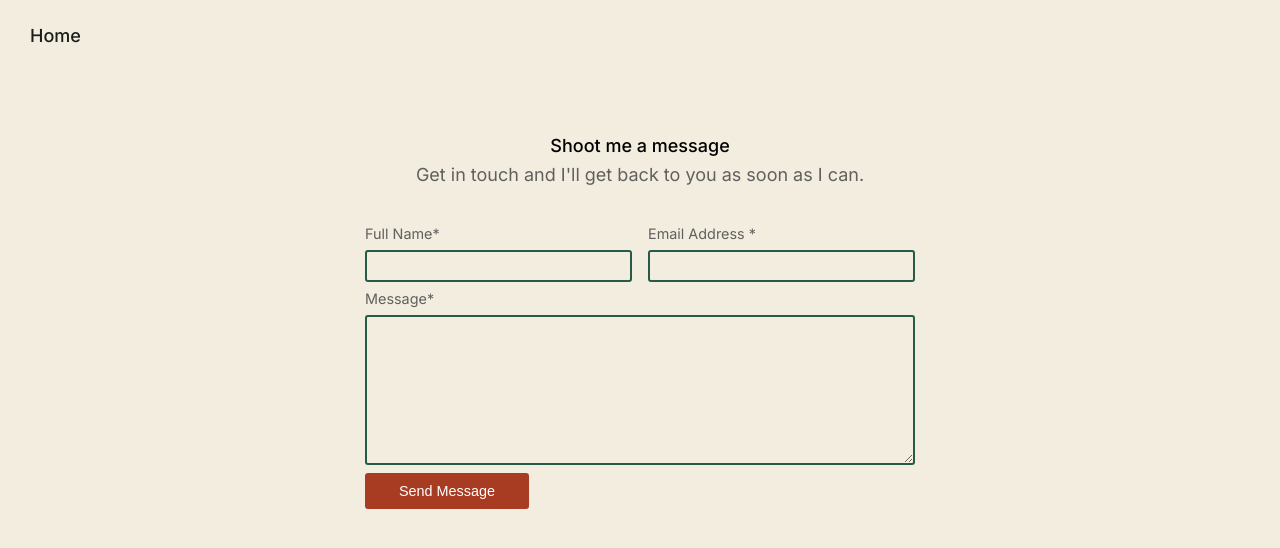
Repository: David-Waite/David-Waite-Portfolio
Page: /contact
The author's editor kept a copy of each file at every save. The page is drawn from the files as they stood at one save, then again after the next save.
The browser window is 1280 px wide. The pictures show the whole page.
The project was rebuilt for these pictures with package versions that can differ from the ones it lists, and the page was loaded fresh each time. The framework's server and built-in components were replaced by stand-ins that run in the browser. Also part of the build but not shown: next.config.js, app/components/Nav/NavButton/navButton.module.css, app/components/Nav/NavButton/NavButton.tsx.

Above is the page before, as saved 2023-07-26 20:20:00.

After the next save:
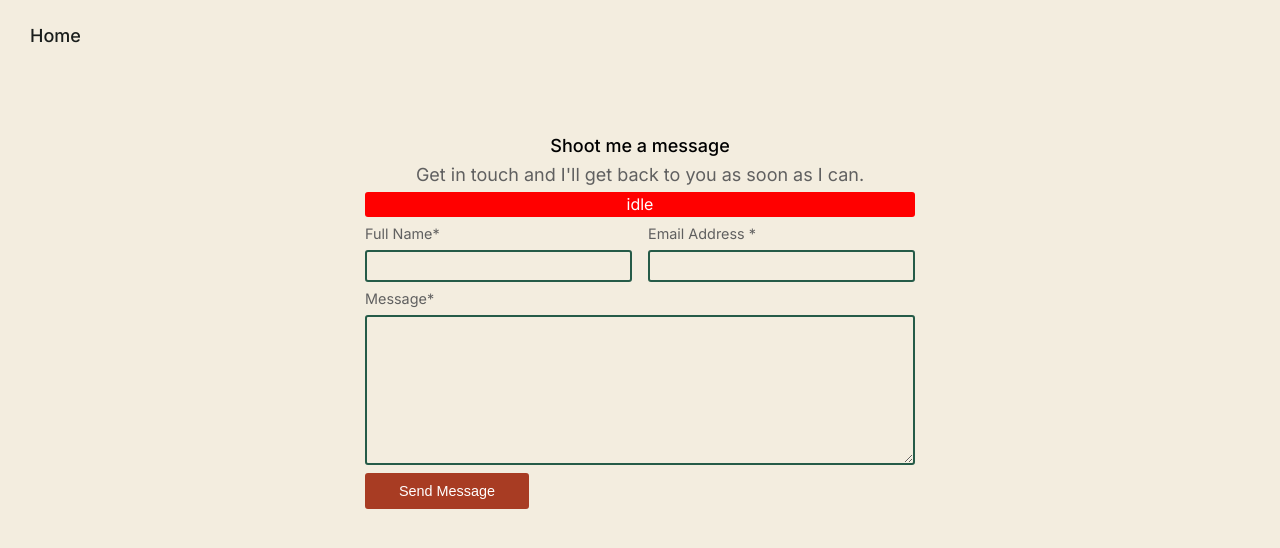
Saved 21 s later.
--- a/app/components/Contact/contact.tsx
+++ b/app/components/Contact/contact.tsx
@@ -4,7 +4,7 @@
 import styles from "./contact.module.css";
 import { useSearchParams } from "next/navigation";
 export const Contact = () => {
-  const [message, setMessage] = useState<string>("");
+  const [message, setMessage] = useState<string>("idle");
   const [status, setStatus] = useState<string>("");
   const [disabled, setDisabled] = useState<boolean>(false);
   const searchParams = useSearchParams();

After the save that followed:
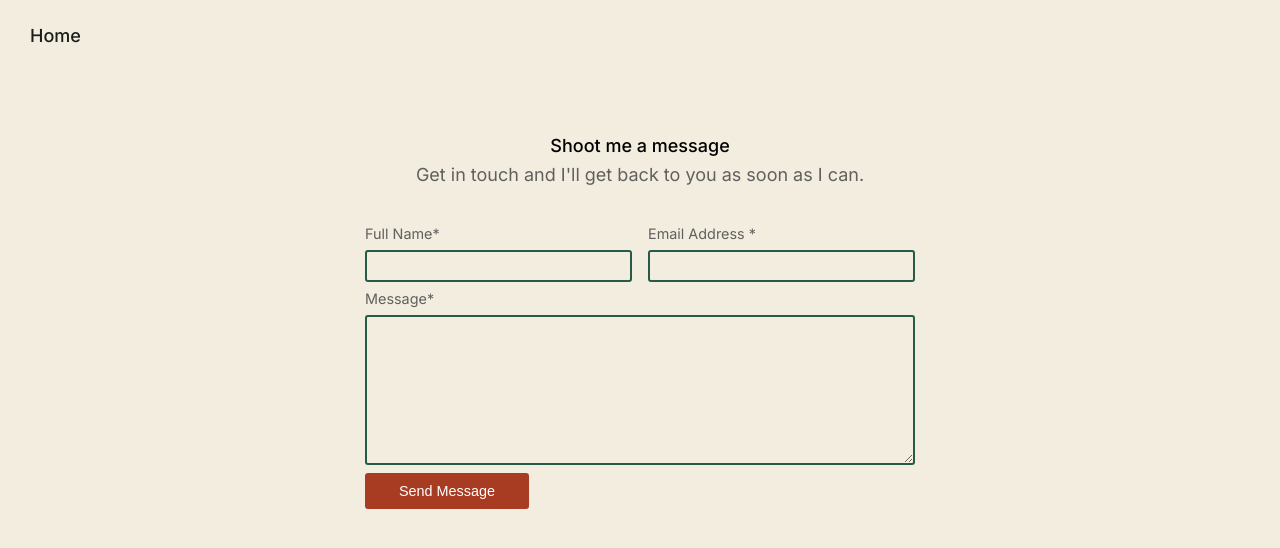
Saved 11 s later.
--- a/app/components/Contact/contact.tsx
+++ b/app/components/Contact/contact.tsx
@@ -4,8 +4,8 @@
 import styles from "./contact.module.css";
 import { useSearchParams } from "next/navigation";
 export const Contact = () => {
-  const [message, setMessage] = useState<string>("idle");
-  const [status, setStatus] = useState<string>("");
+  const [message, setMessage] = useState<string>("");
+  const [status, setStatus] = useState<string>("idle");
   const [disabled, setDisabled] = useState<boolean>(false);
   const searchParams = useSearchParams();
 
